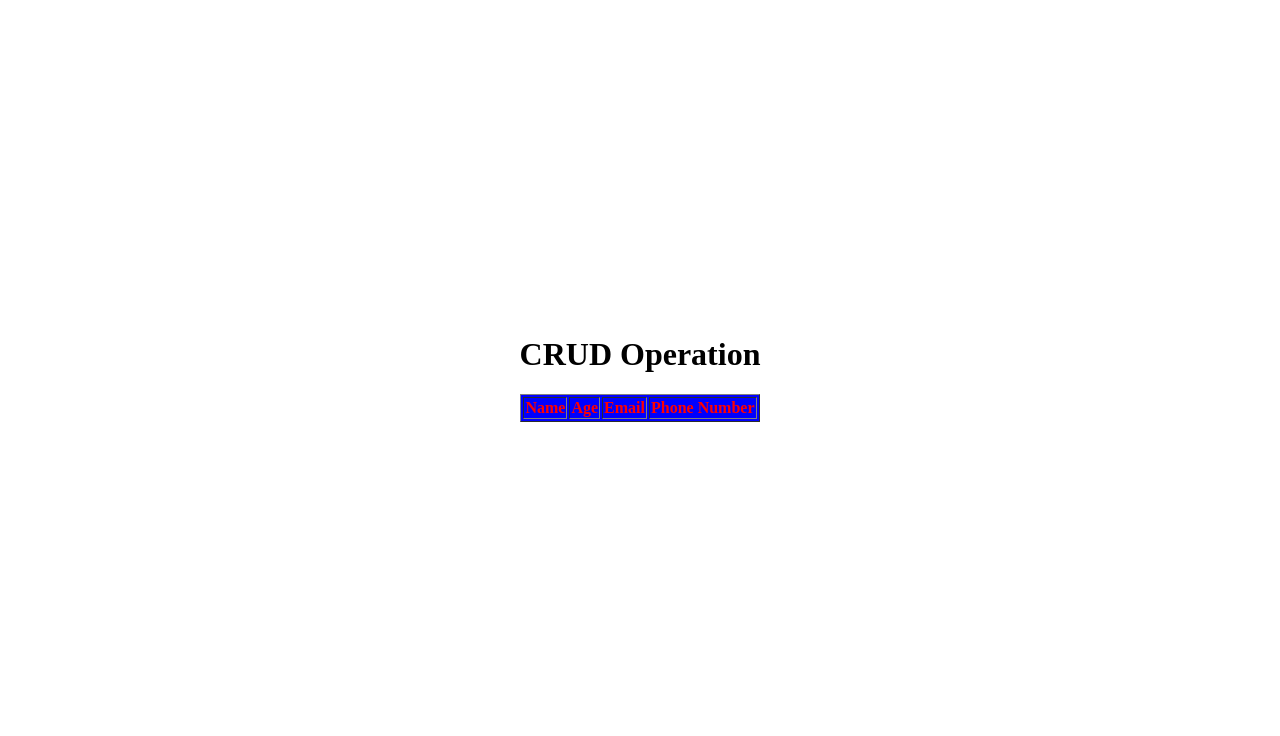
Repository: Josephkennedy603/CRUD-Operation
Page: /
An editor plug-in stored every save of this project. The page is shown before and after the next save, followed by the edit.
The browser window is 1280 px wide. The pictures show the whole page.
The page's requests for data from a server got no answer. The project was rebuilt for these pictures with package versions that can differ from the ones it lists, and the page was loaded fresh each time. No one was signed in, and anything a server would have sent is missing. Also part of the build but not shown: src/index.css, src/interview.jsx.

Above is the page before, as saved 2024-03-12 01:20:09.

### src/index.js
import React from "react";
import ReactDOM from "react-dom/client";
import "./index.css";
import App from "./App";
import Interview from "./interview";

const root = ReactDOM.createRoot(document.getElementById("root"));
root.render(
  <div>
    <App />
    {/* <Interview /> */}
  </div>
);

// If you want to start measuring performance in your app, pass a function
// to log results (for example: reportWebVitals(console.log))
// or send to an analytics endpoint. Learn more: https://bit.ly/CRA-vitals

### src/App.jsx
import { useState, useEffect } from 'react';
import {collection, getDocs, onSnapshot} from 'firebase/firestore'
import {db} from './firebase'
import './App.css';
import Create from "./create";

export const  userCollectionRef =  collection(db,'record');
console.log("user data1",userCollectionRef)

const App = () => {
  const [user,setUser] = useState([]);

  // const getUsers = async ()=> {
  //   const data = await getDocs(userCollectionRef);
  //   console.log("data 2", data);
  //   setUser(data.docs.map(doc => ({    // needs to clarify
  //     ...doc.data(),
  //     id: doc.id
  //   })));
  // };

  useEffect(()=>{
    console.log("user data3",user);
    // getUsers();
    const snaShot = onSnapshot(userCollectionRef, (snapshotparm)=>{
     setUser(snapshotparm.docs.map(doc=>({
      ...doc.data(),
      id: doc.id
     })))
    })
  }, []);

console.log(user);
  return(
    <div className='main-container'>
    <h1>CRUD Operation</h1>
    {/* <Create  refetchUser={getUsers} /> */}

    {/* {user.map(u => (
      <p key={u.id}>{u.Pnumber}</p>
    ))} */}
    <table border={1}>
    <tbody>
    <tr>
              <th>Name</th>
              <th>Age</th>
              <th>Email</th>
              <th>Phone Number</th>
    </tr>
      {
      user.map(u => {
        console.log(u)
        return (
         <tr key={u.id}>
          <td>{u.Name}</td>
          <td>{u.Age}</td>
          <td>{u.Email}</td>
          <td>{u.Pnumber}</td>
        </tr>)}
      )}
      </tbody>
    </table>
    </div>
  )
}

export default App;


// const storeData =async () => {
//   const data ={
//     Name:name,
//     Age:age,
//     Email:email,
//     Pnumer:pnumber,
//   };
//   try{
//     const docRef = await addDoc(collection(db,"record"),data)
//   }
// catch(e){
//     console.log("unable to store the data",e)
// }
// console.log(data.name)

### src/firebase.js
// Import the functions you need from the SDKs you need
import { initializeApp } from "firebase/app";
import { getFirestore } from "firebase/firestore";
// import { getAnalytics } from "firebase/analytics";

const firebaseConfig = {
  apiKey: "AIzaSyB6ZR0S_52AlqGIUs87cyuSaj7Dp9EP9nk",
  authDomain: "crud-operation-7754e.firebaseapp.com",
  projectId: "crud-operation-7754e",
  storageBucket: "crud-operation-7754e.appspot.com",
  messagingSenderId: "941097712371",
  appId: "1:941097712371:web:aad3664dddf0ff5721d586",
  measurementId: "G-CM49X6XD0N",
};

// Initialize Firebase
const app = initializeApp(firebaseConfig);
export const db = getFirestore(app);

export default app;

### src/App.css
.main-container {
  display: flex;
  flex-direction: column;
  justify-content: center;
  align-items: center;

  height: 100vh;
}

.main-container form {
  display: flex;
  flex-direction: column;
  justify-content: center;
  align-items: center;
}

table {
  background-color: blue;
  color: red;
}

### src/create.js
import React from "react";
import { useState } from "react";

const Create = () => {
  const [name, setName] = useState();
  const [age, setAge] = useState();
  const [email, setEmail] = useState();
  const [pnumber, setPnumber] = useState();

  return (
    <form action="">
      <label htmlFor="Name">Name:</label>
      <input
        name="Name:"
        type="text"
        onChange={(e) => setName(e.target.value)}
        required
      />

      <label htmlFor="Age">Age:</label>
      <input
        type="text"
        name="Age"
        onChange={(e) => setAge(e.target.value)}
        required
      />

      <label htmlFor="Email">Email:</label>
      <input type="Email" onChange={(e) => setEmail(e.target.value)} required />

      <label htmlFor="Phone Number">Phone Number:</label>
      <input
        type="number"
        name="Phone Number"
        onChange={(e) => setPnumber(e.target.value)}
        required
      />

      <input type="submit" />
    </form>
  );
};

export default Create;

Loaded but not shown: public/index.html (common file)

After the next save:
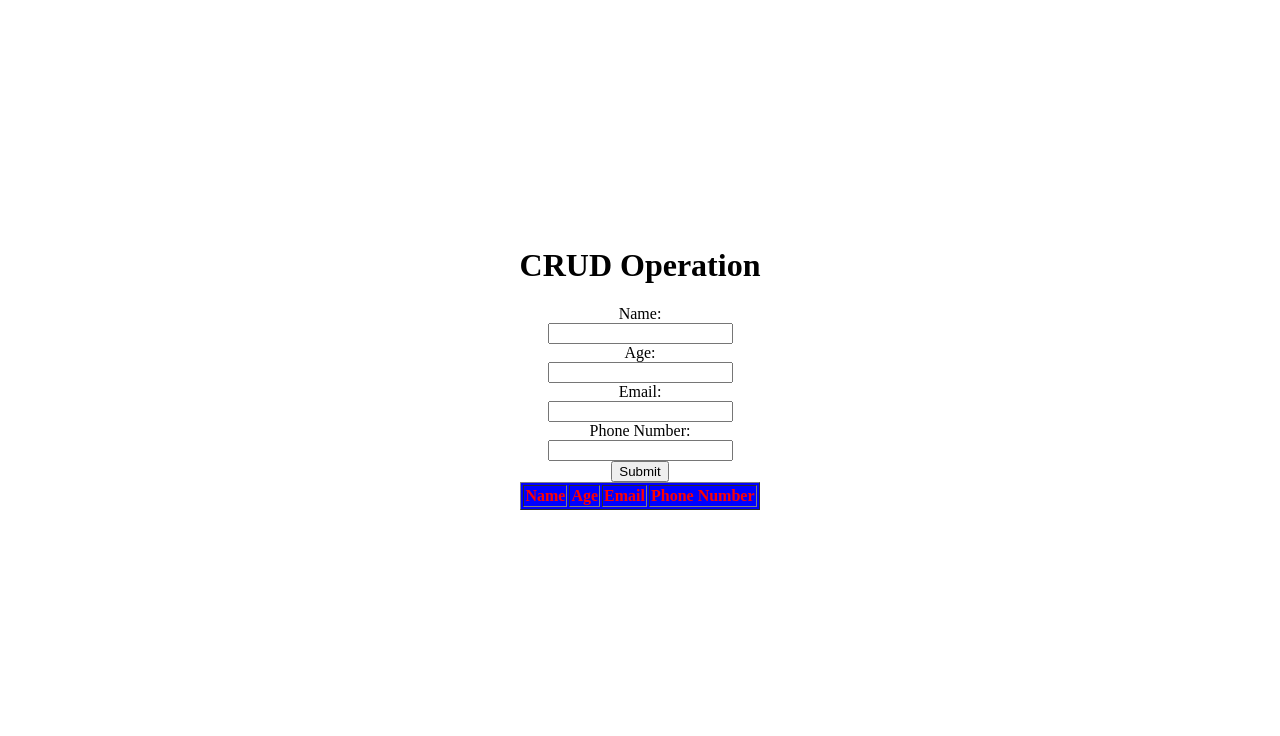
Saved 49 s later.
--- a/src/App.jsx
+++ b/src/App.jsx
@@ -35,6 +35,7 @@ console.log(user);
     <div className='main-container'>
     <h1>CRUD Operation</h1>
     {/* <Create  refetchUser={getUsers} /> */}
+    <Create />
 
     {/* {user.map(u => (
       <p key={u.id}>{u.Pnumber}</p>
